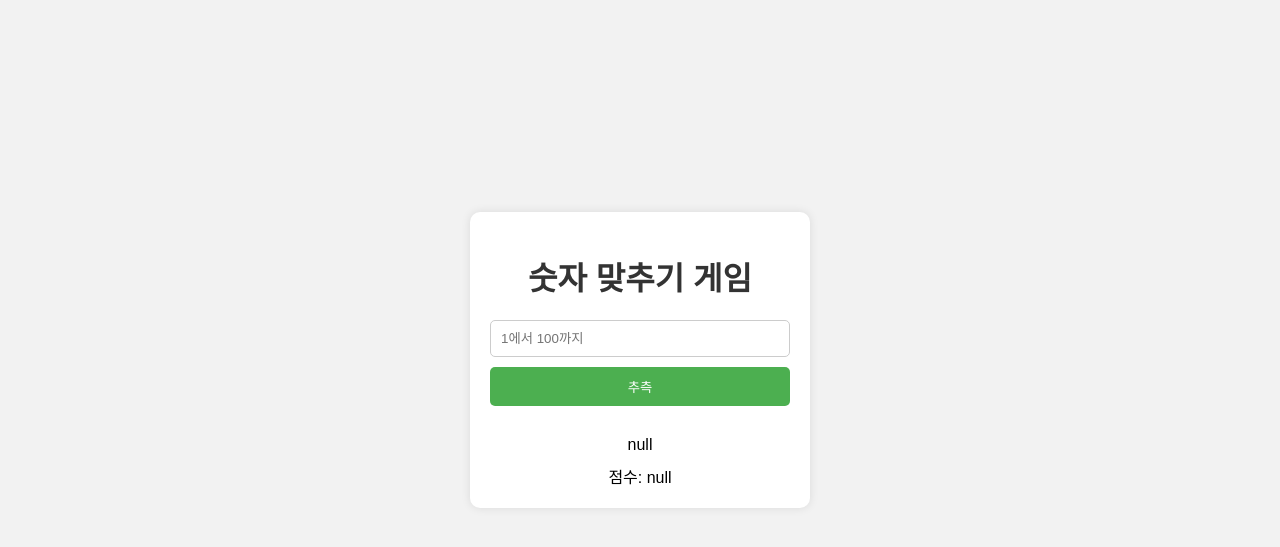
Repository: ksw824/MiniProject_SelectGame
Page: http://localhost/jwbook/miniProject/numberGuess.jsp
These files come from the project's save history. The page is drawn as it stood at one moment and after the next save; the edit follows.
The browser window is 1280 px wide. The pictures show the whole page.
The page is served by Tomcat 10.

Above is the page before, as saved 2024-05-31 03:19:52.
Console error: TypeError: Cannot set properties of null (setting 'innerHTML')

After the next save:
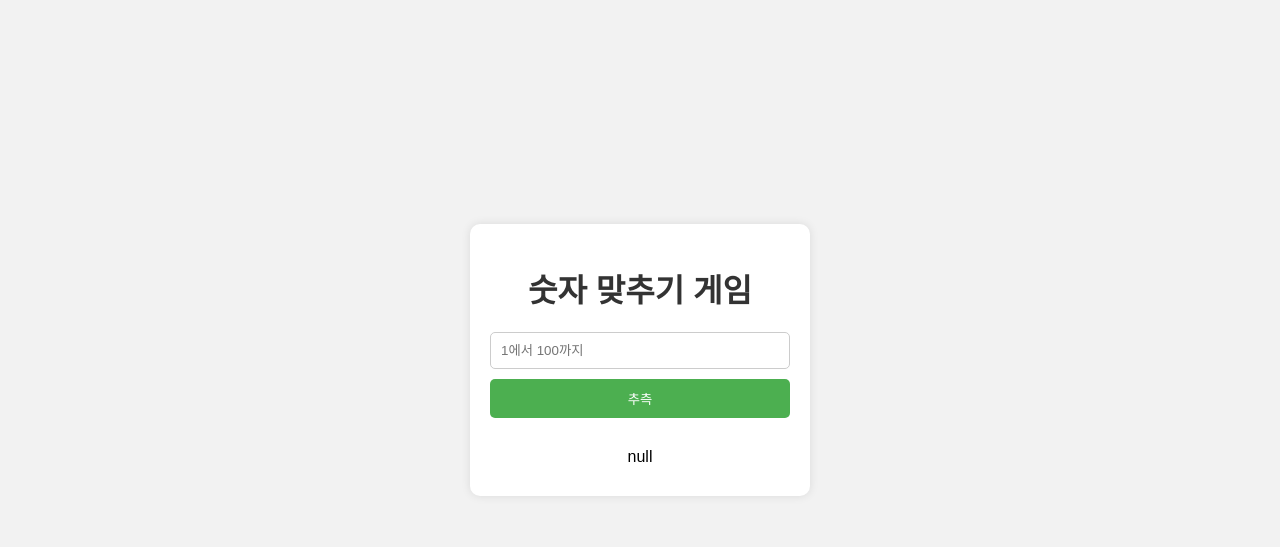
The error is gone.
Saved 9 h 0 min later.
--- a/jwbook/src/main/webapp/miniProject/numberGuess.jsp
+++ b/jwbook/src/main/webapp/miniProject/numberGuess.jsp
@@ -1,4 +1,4 @@
-<%-- <%@ page contentType="text/html; charset=UTF-8" pageEncoding="UTF-8"%>
+<%@ page contentType="text/html; charset=UTF-8" pageEncoding="UTF-8"%>
 <!DOCTYPE html>
 <html lang="ko">
 <head>
@@ -80,10 +80,10 @@
     </div>
 </body>
 </html>
- --%>
 
 
- <%@ page contentType="text/html; charset=UTF-8" pageEncoding="UTF-8"%>
+
+ <%-- <%@ page contentType="text/html; charset=UTF-8" pageEncoding="UTF-8"%>
 <!DOCTYPE html>
 <html lang="ko">
 <head>
@@ -193,3 +193,4 @@
     </div>
 </body>
 </html>
+  --%>
